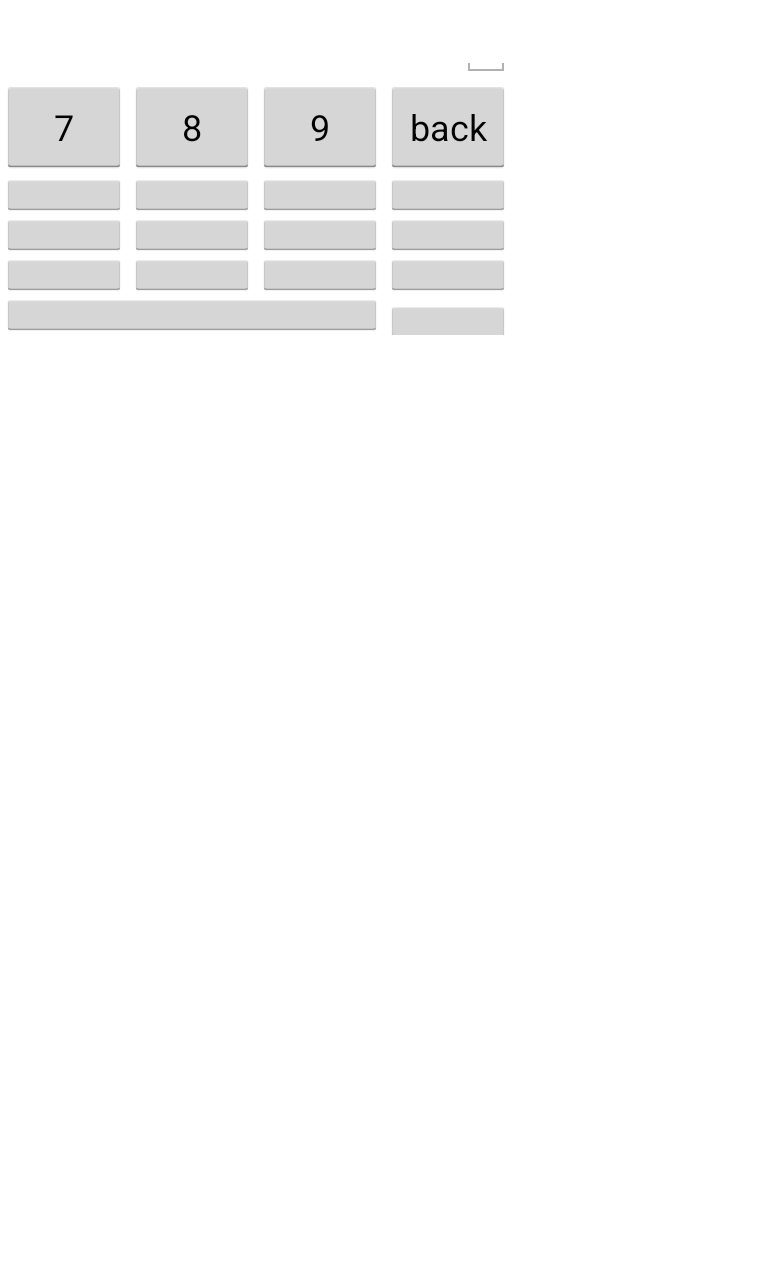
Repository: Free-Mind/eclipes
Layout: Calculator/res/layout/activity_main.xml
These files come from the project's save history. The layout is drawn as it stood at one moment and after the next save; the edit follows.
It is drawn on a 768 x 1280 px phone screen (xhdpi) without system bars, with theme AppTheme; the app's code is not run.

Above is the layout before, as saved 2015-04-17 17:40:50.

### Calculator/res/layout/activity_main.xml
<LinearLayout  xmlns:android="http://schemas.android.com/apk/res/android"
     android:layout_width="fill_parent"
     android:layout_height="fill_parent"
     android:orientation="vertical" >

		<TableLayout
		    android:id="@+id/tableLayout1"
		    android:layout_width="match_parent"
		    android:layout_height="match_parent"
		 	android:collapseColumns="4"
		    >
		    <TableRow
		        android:id="@+id/tableRow_et"
		        android:layout_width="fill_parent"
		        android:layout_height="fill_parent"
		        >
		        <EditText
		            	android:id="@+id/et"
		            	android:layout_width="wrap_content"
		            	android:layout_height="wrap_content"
						android:layout_span="4"
						android:focusable="false"
		            	android:singleLine="true"
		            	android:inputType="text"
		            	android:layout_gravity="right"
		            >
		            </EditText>
		     </TableRow>

		     <TableRow
		         	android:id="@+id/tableRow"
		         	android:layout_width='fill_parent'
		         	android:layout_height="fill_parent"
		         >
		        <Button
		            	android:id="@+id/bt_7"
		            	android:layout_width="wrap_content"
		            	android:layout_height="wrap_content"
		            	android:text="7"
		            />

		        <Button
		            android:id="@+id/bt_8"
		            android:layout_width="wrap_content"
		            	android:layout_height="wrap_content"
		            android:text="8"
		            />
		        <Button
		            android:id="@+id/bt_9"
		           android:layout_width="wrap_content"
		            	android:layout_height="wrap_content"
					android:text="9"
		            />
		          <Button
		            android:id="@+id/bt_back"
		           android:layout_width="wrap_content"
		            	android:layout_height="wrap_content"
					android:text="back"
		            />
		         </TableRow>

		     <TableRow
		         android:id="@+id/tableRow2"
		         android:layout_width="fill_parent"
		         android:layout_height="fill_parent"
		         >

		         <Button
		             android:id="@+id/bt_4"
		            android:layout_width="wrap_content"
		            	android:layout_height="wrap_content"
		             android:layout_height="40px"
		             android:text="4"
		             />
		          <Button
		             android:id="@+id/bt_5"
		             android:layout_width="40px"
		             android:layout_height="40px"
		             android:text="5"
		             />
		           <Button
		             android:id="@+id/bt_6"
		             android:layout_width="40px"
		             android:layout_height="40px"
		             android:text="6"
		             />
		            <Button
		             android:id="@+id/bt_divide"
		             android:layout_width="40px"
		             android:layout_height="40px"
		             android:text="/"
		             />
		     </TableRow>

		    <TableRow
		        	android:id="@+id/tableRow3"
		        	android:layout_width="fill_parent"
		        	android:layout_height="fill_parent"
		        >
		             <Button
			             android:id="@+id/bt_1"
			             android:layout_width="40px"
			             android:layout_height="40px"
			             android:text="1"
		             />
		             <Button
			             android:id="@+id/bt_2"
			             android:layout_width="40px"
			             android:layout_height="40px"
			             android:text="2"
		             />
		             <Button
			             android:id="@+id/bt_3"
			             android:layout_width="40px"
			             android:layout_height="40px"
			             android:text="3"
		             />
		             <Button
			             android:id="@+id/bt_multiply"
			             android:layout_width="40px"
			             android:layout_height="40px"
			             android:text="*"
		             />
		        </TableRow>

		     <TableRow
		        	android:id="@+id/tableRow4"
		        	android:layout_width="fill_parent"
		        	android:layout_height="fill_parent"
		        >
		             <Button
			             android:id="@+id/bt_0"
			             android:layout_width="50px"
			             android:layout_height="40px"
			             android:text="0"
		             />
		             <Button
			             android:id="@+id/bt_point"
			             android:layout_width="50px"
			             android:layout_height="40px"
			             android:text="."
		             />
		             <Button
			             android:id="@+id/bt_add"
			             android:layout_width="50px"
			             android:layout_height="40px"
			             android:text="+"
		             />
		             <Button
			             android:id="@+id/bt_sub"
			             android:layout_width="50px"
			             android:layout_height="40px"
			             android:text="-"
		             />
		        </TableRow>

		     <TableRow
		        android:id="@id/tableRow4"
		        android:layout_width="fill_parent"
		        android:layout_height="fill_parent"
		         >
		         <Button
			             android:id="@+id/bt_equal"
			             android:layout_width="fill_parent"
			             android:layout_height="fill_parent"
			             android:layout_span="3"
			             android:text="="
		             />
		         <Button
			             android:id="@+id/bt_clear"
			             android:layout_width="50px"
			             android:layout_height="40px"
			             android:text="clear"
		             />

		     </TableRow>
 			</TableLayout>
</LinearLayout>

Loaded but not shown: Calculator/res/values/styles.xml (common file); Calculator/res/values-v11/styles.xml (common file); Calculator/res/values-v14/styles.xml (common file)

After the next save:
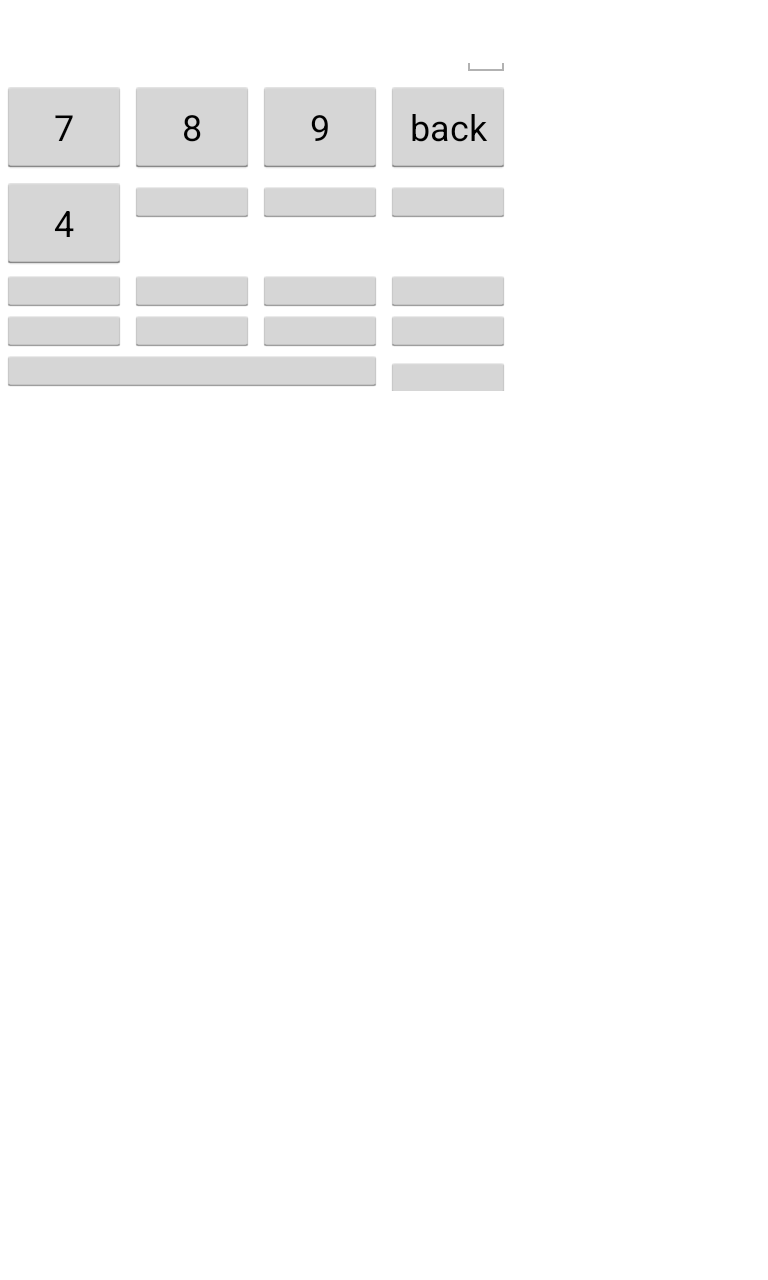
Saved 52 s later.
--- a/Calculator/res/layout/activity_main.xml
+++ b/Calculator/res/layout/activity_main.xml
@@ -54,7 +54,7 @@
 		          <Button
 		            android:id="@+id/bt_back"
 		           android:layout_width="wrap_content"
-		            	android:layout_height="wrap_content"
+		           android:layout_height="wrap_content"
 					android:text="back"
 		            />
 		         </TableRow>
@@ -68,13 +68,13 @@
 		         <Button
 		             android:id="@+id/bt_4"
 		            android:layout_width="wrap_content"
-		            	android:layout_height="wrap_content"
-		             android:layout_height="40px"
+		            android:layout_height="wrap_content"
 		             android:text="4"
 		             />
 		          <Button
 		             android:id="@+id/bt_5"
-		             android:layout_width="40px"
+		             android:layout_width="wrap_content"
+		            android:layout_height="wrap_content"
 		             android:layout_height="40px"
 		             android:text="5"
 		             />
